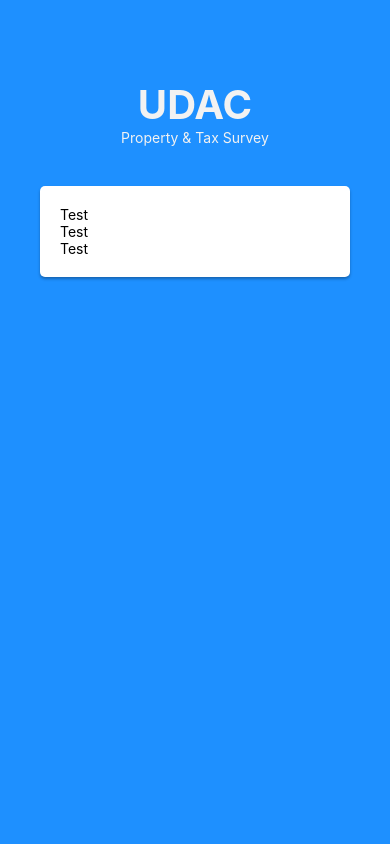
Repository: metalysm/BasicLoginPage
Screen: /
These files come from the project's save history. The screen is drawn as it stood at one moment and after the next save; the edit follows.
The app was drawn by React Native's web renderer in a window 390 px wide. The project was rebuilt for these pictures with package versions that can differ from the ones it lists, and the page was loaded fresh each time.

Above is the screen before, as saved 2019-12-05 11:21:45.

After the next save:
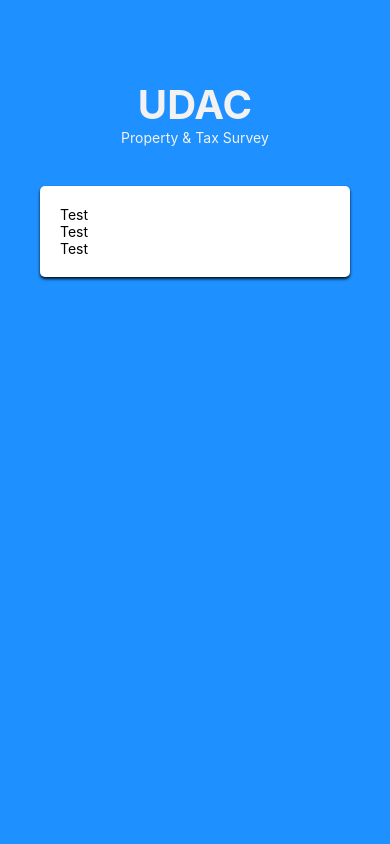
Saved 12 s later.
--- a/App.js
+++ b/App.js
@@ -63,7 +63,7 @@ const styles = StyleSheet.create({
     borderRadius: 5,
 
     shadowColor:'black',
-    shadowOpacity: .3, //0 ile 1 arasında bir rakam girilir.
+    shadowOpacity: .9, //0 ile 1 arasında bir rakam girilir.
     shadowRadius: 3,
     shadowOffset: {
       width: 0,
